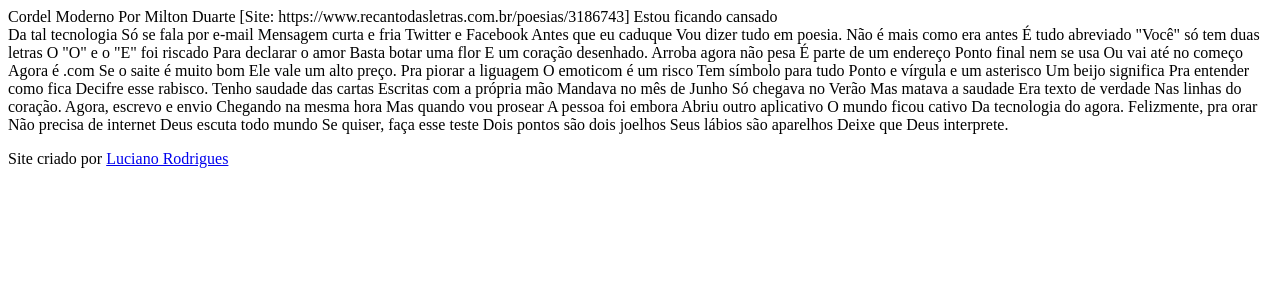
Repository: Lucianorodriguesdev/cursoHTML-CSS
Page: dasafios/index.html
An editor plug-in stored every save of this project. The page is shown before and after the next save, followed by the edit.
The browser window is 1280 px wide. The pictures show the whole page.

Above is the page before, as saved 2026-06-17 08:41:37.

### dasafios/index.html
<!DOCTYPE html>
<html lang="pt-br">
<head>
    <meta charset="UTF-8">
    <meta name="viewport" content="width=device-width, initial-scale=1.0">
    <title>Cordel Moderno</title>
</head>
<body>
    <header>
        Cordel Moderno
        Por Milton Duarte
        [Site: https://www.recantodasletras.com.br/poesias/3186743]
        Estou ficando cansado
    </header>

    Da tal tecnologia

    Só se fala por e-mail

    Mensagem curta e fria

    Twitter e Facebook

    Antes que eu caduque

    Vou dizer tudo em poesia.



    Não é mais como era antes

    É tudo abreviado

    "Você" só tem duas letras

    O "O" e o "E" foi riscado

    Para declarar o amor

    Basta botar uma flor

    E um coração desenhado.



    Arroba agora não pesa

    É parte de um endereço

    Ponto final nem se usa

    Ou vai até no começo

    Agora é .com

    Se o saite é muito bom

    Ele vale um alto preço.



    Pra piorar a liguagem

    O emoticom é um risco

    Tem símbolo para tudo

    Ponto e vírgula e um asterisco

    Um beijo significa

    Pra entender como fica

    Decifre esse rabisco.



    Tenho saudade das cartas

    Escritas com a própria mão

    Mandava no mês de Junho

    Só chegava no Verão

    Mas matava a saudade

    Era texto de verdade

    Nas linhas do coração.



    Agora, escrevo e envio

    Chegando na mesma hora

    Mas quando vou prosear

    A pessoa foi embora

    Abriu outro aplicativo

    O mundo ficou cativo

    Da tecnologia do agora.



    Felizmente, pra orar

    Não precisa de internet

    Deus escuta todo mundo

    Se quiser, faça esse teste

    Dois pontos são dois joelhos

    Seus lábios são aparelhos

    Deixe que Deus interprete.
    <footer>
        <p>Site criado por <a href="https://github.com/Lucianorodriguesdev">Luciano Rodrigues</a></p>
    </footer>

</body>
</html>

After the next save:
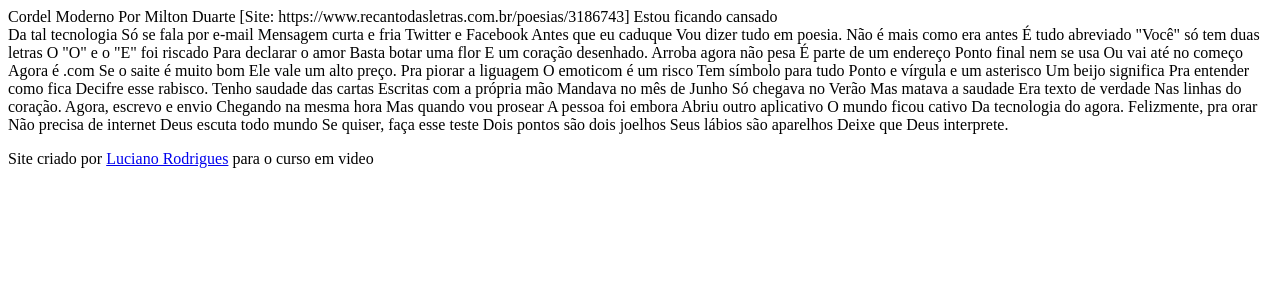
Saved 56 s later.
--- a/dasafios/index.html
+++ b/dasafios/index.html
@@ -121,7 +121,7 @@
 
     Deixe que Deus interprete.
     <footer>
-        <p>Site criado por <a href="https://github.com/Lucianorodriguesdev">Luciano Rodrigues</a></p>
+        <p>Site criado por <a href="https://github.com/Lucianorodriguesdev" target="_blank">Luciano Rodrigues</a> para o curso em video</p>
     </footer>
 
 </body>
